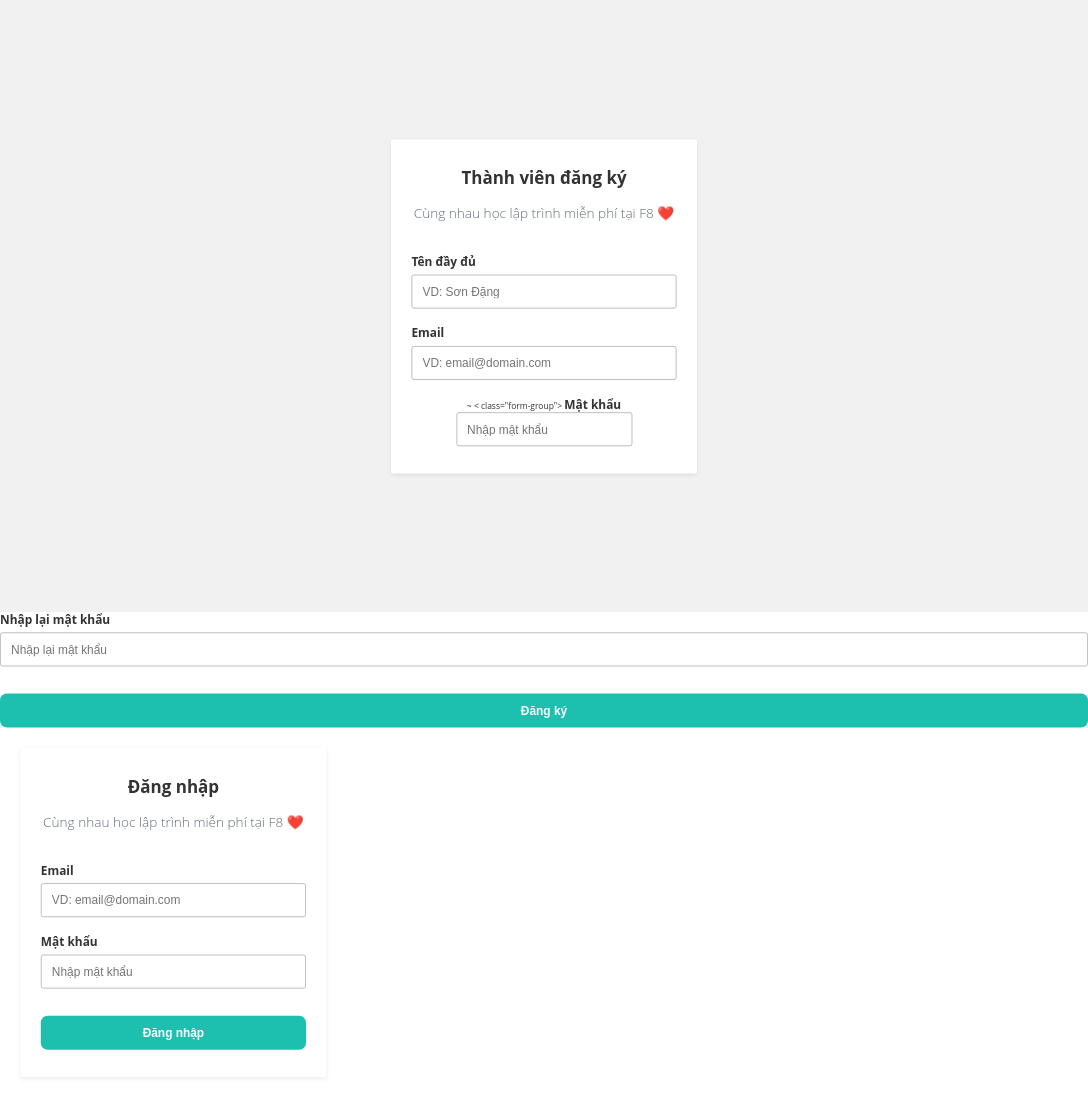
Repository: tuanginne02/formLogin
Page: main.html
The author's editor kept a copy of each file at every save. The page is drawn from the files as they stood at one save, then again after the next save.
The browser window is 1280 px wide. The pictures show the whole page, at 85% of full size.

Above is the page before, as saved 2023-03-16 17:02:28.

After the next save:
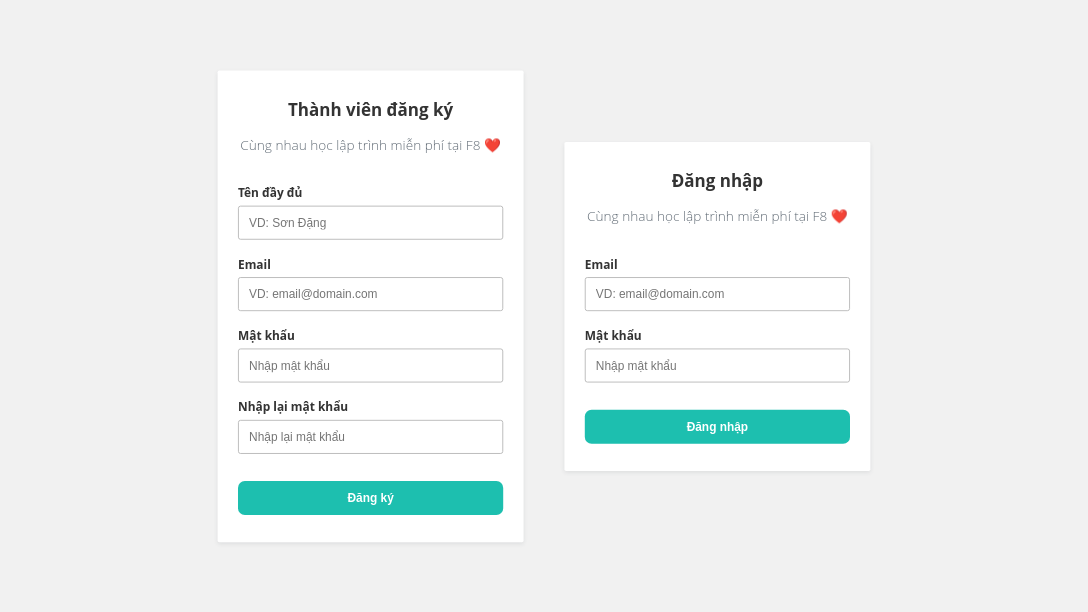
Saved 2 min 4 s later.
--- a/main.html
+++ b/main.html
@@ -26,9 +26,9 @@
             <label for="email" class="form-label">Email</label>
             <input id="email" name="email" type="text" placeholder="VD: email@domain.com" class="form-control">
             <span class="form-message"></span>
-          </div>~
+          </div>
 
-          < class="form-group">
+          <div class="form-group">
             <label for="password" class="form-label">Mật khẩu</label>
             <input id="password" name="password" type="password" placeholder="Nhập mật khẩu" class="form-control">
             <span class="form-message"></span>
